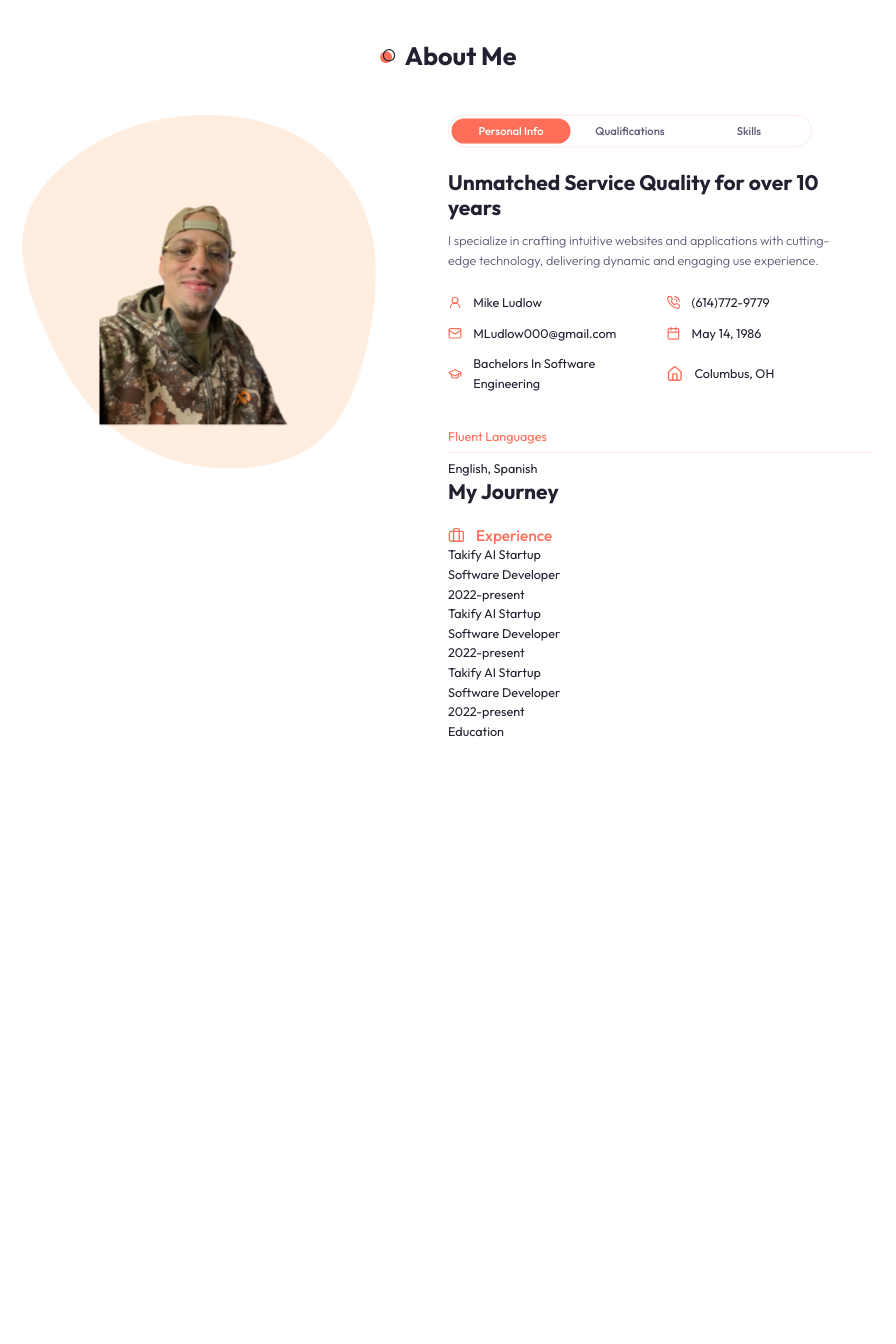
Repository: MikeeBuilds/mike-port
Page: /
An editor plug-in stored every save of this project. The page is shown before and after the next save, followed by the edit.
The browser window is 1280 px wide. The pictures show the part of the page from y = 743 to 2663 px (the page is 5591 px tall), at 70% of full size.
The project was rebuilt for these pictures with package versions that can differ from the ones it lists, and the page was loaded fresh each time. The framework's server and built-in components were replaced by stand-ins that run in the browser. Also part of the build but not shown: next.config.js.

Above is the page before, as saved 2023-11-30 22:18:41.

After the next save:
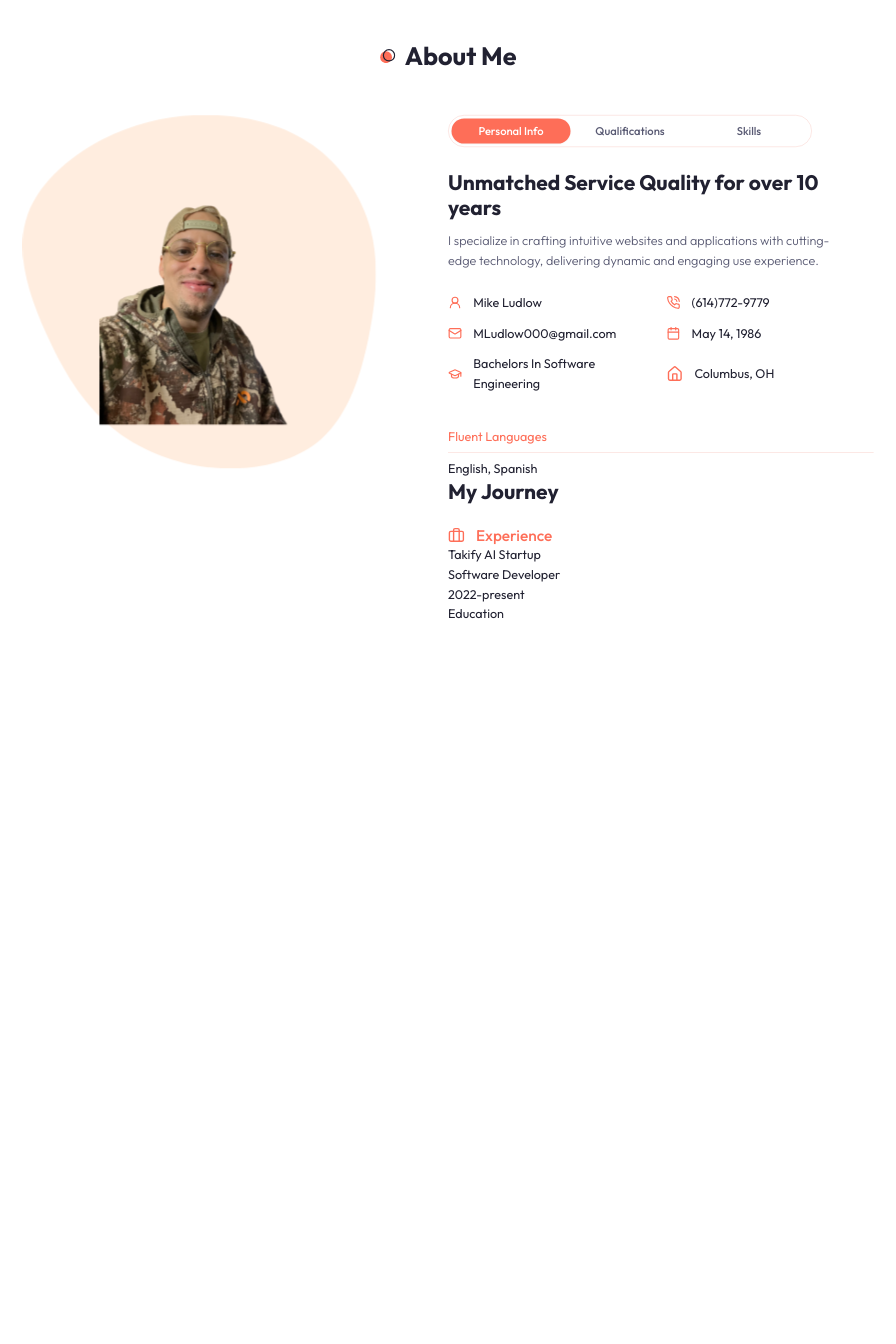
Saved 6 s later.
--- a/components/About.jsx
+++ b/components/About.jsx
@@ -68,16 +68,16 @@ const qualificationData = [
         role: "Software Developer",
         years: "2022-present",
       },
-      {
-        company: 'Takify AI Startup',
-        role: 'Software Developer',
-        years: '2022-present'
-      },
-      {
-        company: 'Takify AI Startup',
-        role: 'Software Developer',
-        years: '2022-present'
-      },
+      // {
+      //   company: 'Takify AI Startup',
+      //   role: 'Software Developer',
+      //   years: '2022-present'
+      // },
+      // {
+      //   company: 'Takify AI Startup',
+      //   role: 'Software Developer',
+      //   years: '2022-present'
+      // },
     ],
   },
 ];
